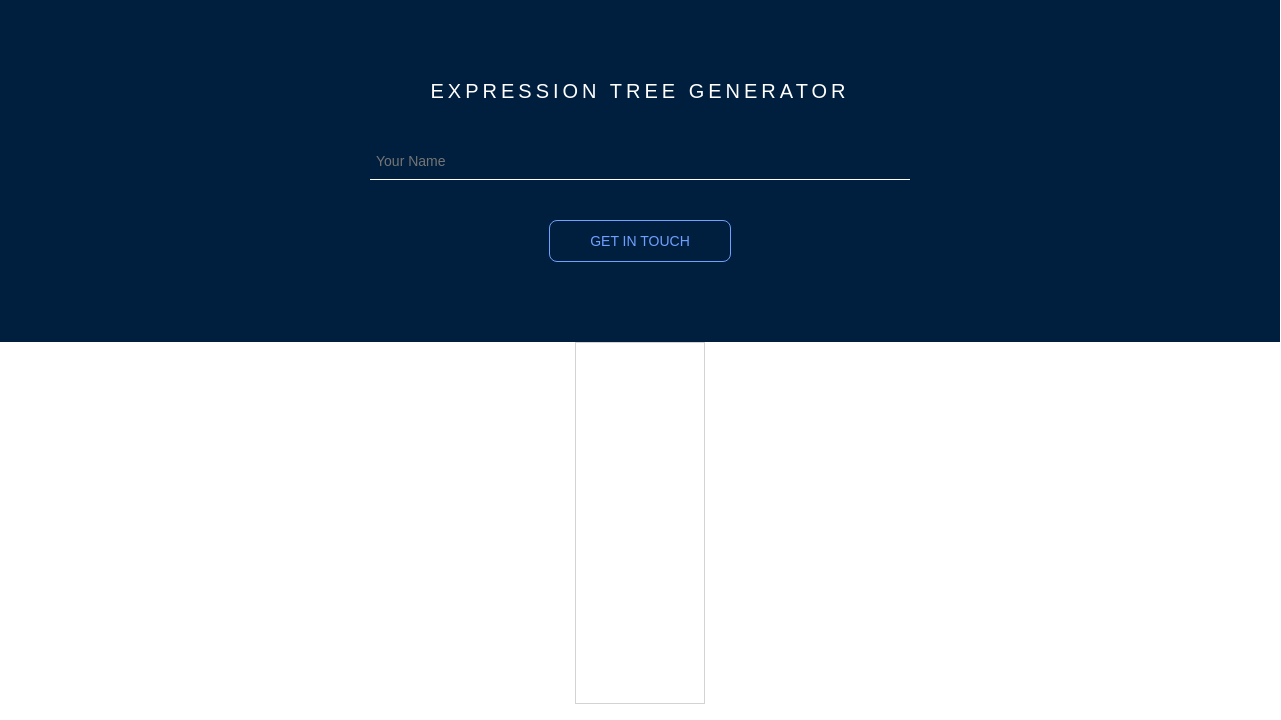
Repository: lnogueir/expression-tree-gen
Page: index.html
These files come from the project's save history. The page is drawn as it stood at one moment and after the next save; the edit follows.
The browser window is 1280 px wide. The page is 1280 px wide, then 1281 px, then 1280 px, so the pictures cover 1281 px, including what lies to the right of the window. The pictures show the whole page.

Above is the page before, as saved 2020-03-15 19:18:39.

After the next save:
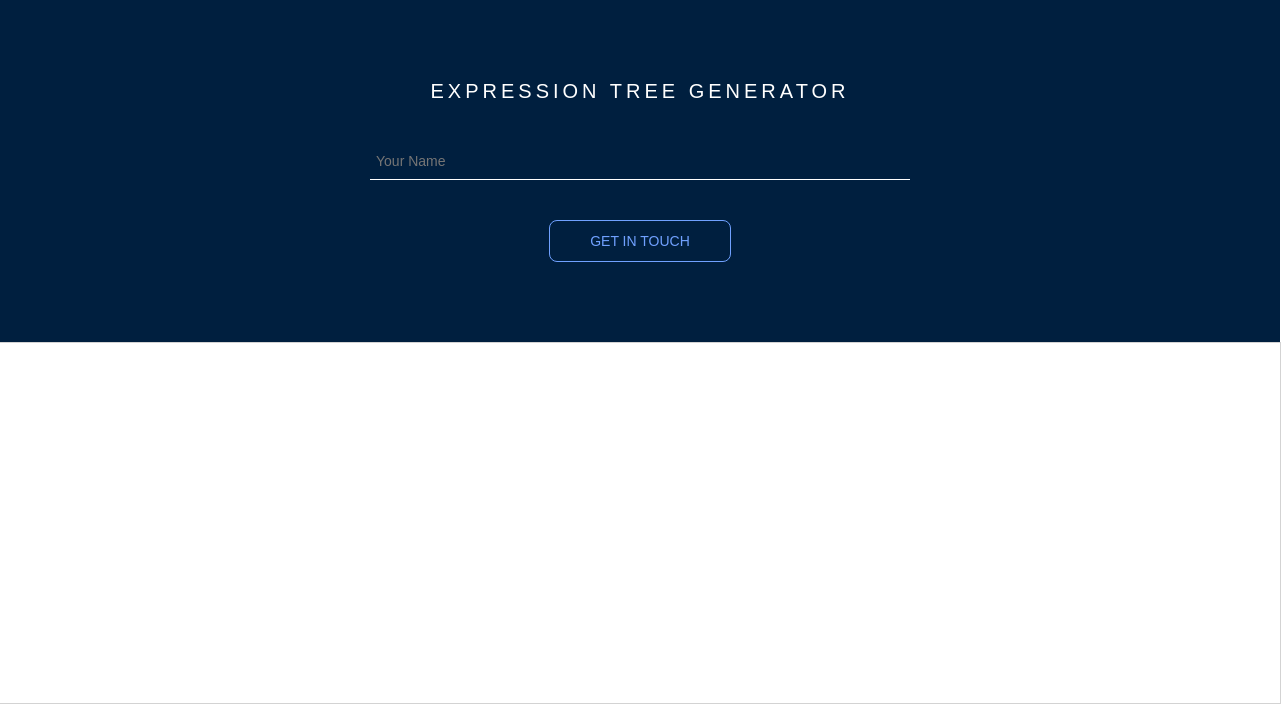
Saved 6 s later.
--- a/app.css
+++ b/app.css
@@ -83,7 +83,7 @@
     align-items: center;
     margin: auto;
     height: 50vh;
-    width: 10vw;
+    width: 100vw;
     background: #FFF;
 }
 

After the save that followed:
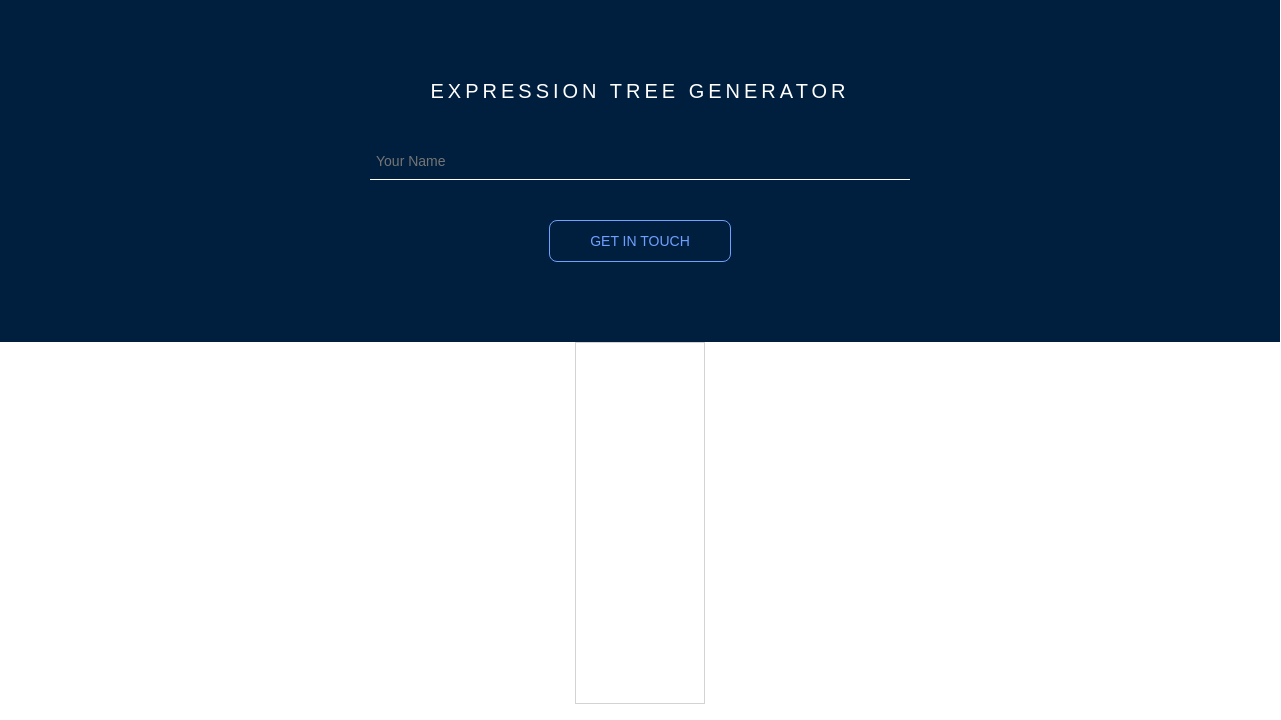
Saved 8 s later.
--- a/app.css
+++ b/app.css
@@ -83,7 +83,7 @@
     align-items: center;
     margin: auto;
     height: 50vh;
-    width: 100vw;
+    width: 10vw;
     background: #FFF;
 }
 
